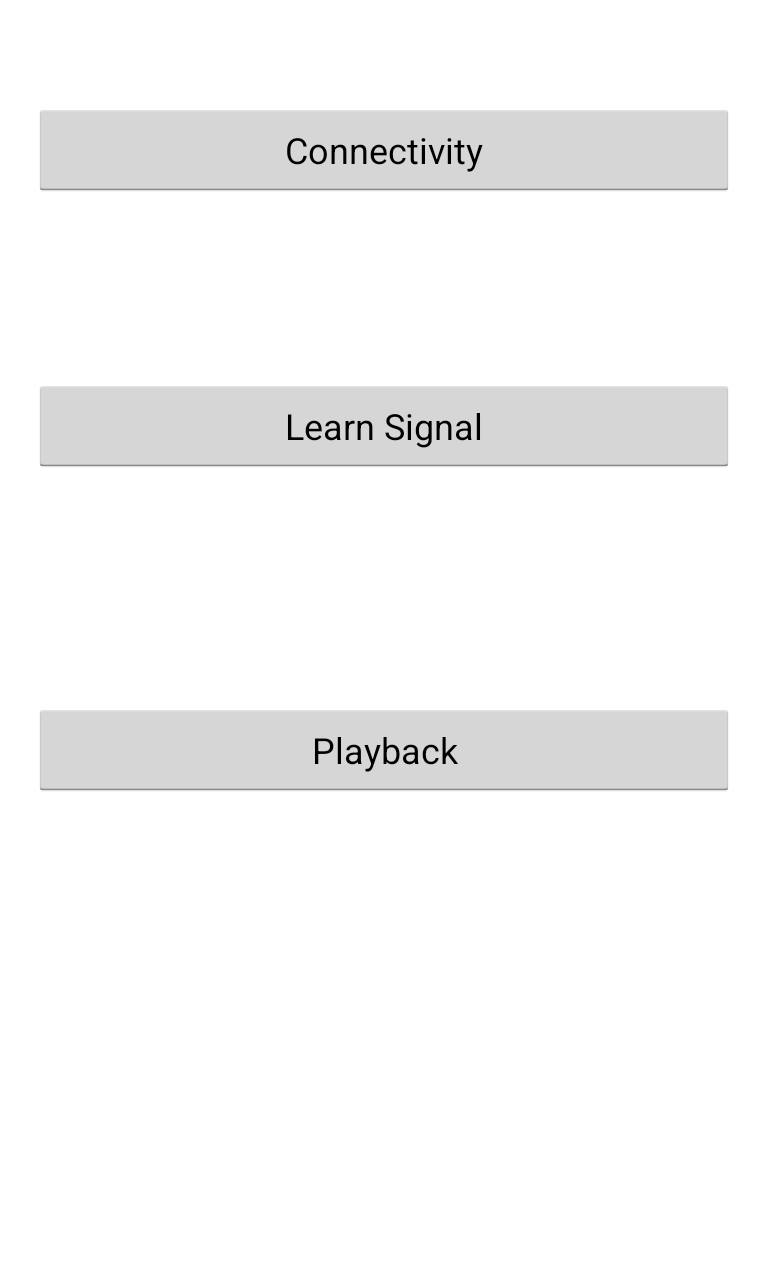
Repository: sunapi386/rmtctrl
Layout: RemoteCtrl/res/layout/activity_main.xml
The author's editor kept a copy of each file at every save. The layout is drawn from the files as they stood at one save, then again after the next save.
It is drawn on a 768 x 1280 px phone screen (xhdpi) without system bars, with theme AppTheme; the app's code is not run.

Above is the layout before, as saved 2013-04-30 07:54:53.

### RemoteCtrl/res/layout/activity_main.xml
<RelativeLayout xmlns:android="http://schemas.android.com/apk/res/android"
    xmlns:tools="http://schemas.android.com/tools"
    android:layout_width="match_parent"
    android:layout_height="match_parent"
    android:paddingBottom="@dimen/activity_vertical_margin"
    android:paddingLeft="@dimen/activity_horizontal_margin"
    android:paddingRight="@dimen/activity_horizontal_margin"
    android:paddingTop="@dimen/activity_vertical_margin"
    android:sca=""
    tools:context=".MainActivity" >

    <Button
        android:id="@+id/button_connectivity"
        android:layout_width="match_parent"
        android:layout_height="wrap_content"
        android:layout_alignParentTop="true"
        android:layout_centerHorizontal="true"
        android:layout_marginTop="35dp"
        android:text="Connectivity" />

    <Button
        android:id="@+id/button_playback"
        android:layout_width="match_parent"
        android:layout_height="wrap_content"
        android:layout_alignLeft="@+id/button_learn"
        android:layout_below="@+id/button_learn"
        android:layout_marginTop="114dp"
        android:text="Playback" />

    <Button
        android:id="@+id/button_learn"
        android:layout_width="match_parent"
        android:layout_height="wrap_content"
        android:layout_alignLeft="@+id/button_connectivity"
        android:layout_below="@+id/button_connectivity"
        android:layout_marginTop="90dp"
        android:text="Learn Signal" />

</RelativeLayout>

Loaded but not shown: RemoteCtrl/res/values/styles.xml (common file); RemoteCtrl/res/values-v11/styles.xml (common file); RemoteCtrl/res/values-v14/styles.xml (common file); RemoteCtrl/res/values/dimens.xml (common file)

After the next save:
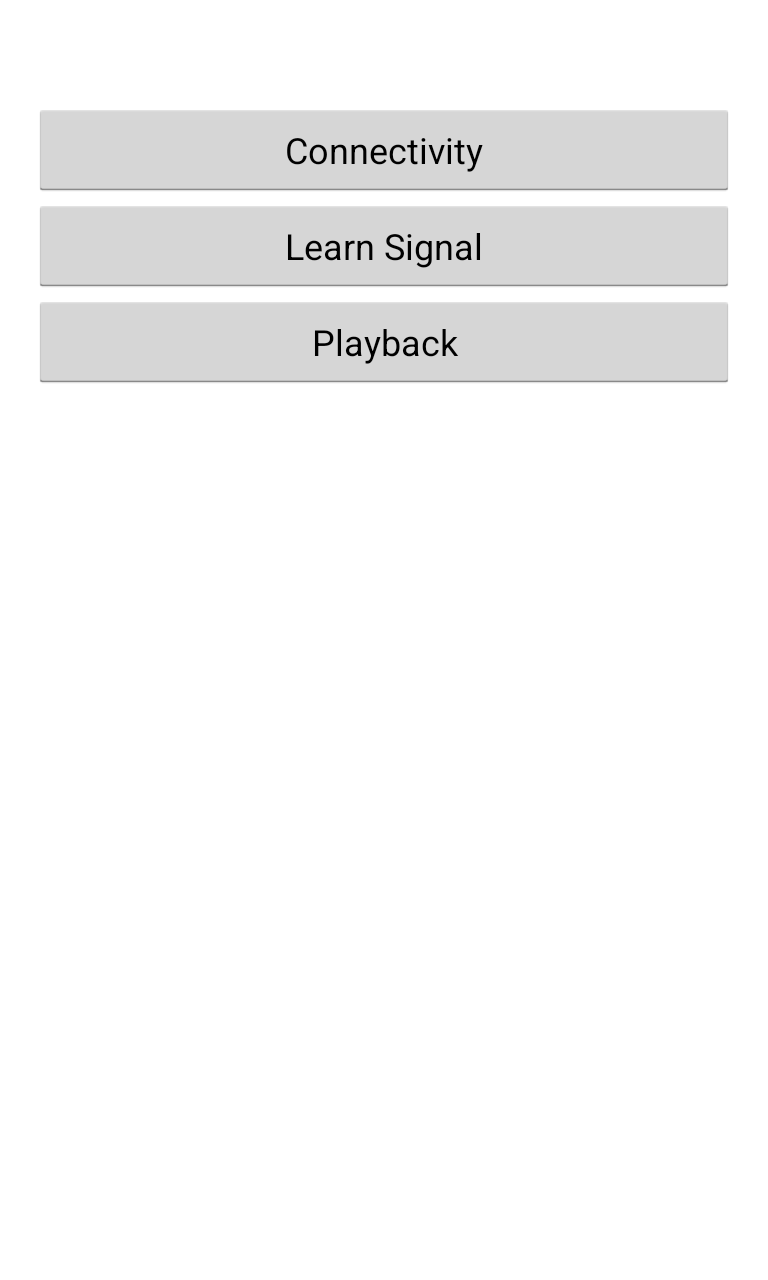
Saved 69 s later.
--- a/RemoteCtrl/res/layout/activity_main.xml
+++ b/RemoteCtrl/res/layout/activity_main.xml
@@ -24,7 +24,6 @@
         android:layout_height="wrap_content"
         android:layout_alignLeft="@+id/button_learn"
         android:layout_below="@+id/button_learn"
-        android:layout_marginTop="114dp"
         android:text="Playback" />
 
     <Button
@@ -33,7 +32,6 @@
         android:layout_height="wrap_content"
         android:layout_alignLeft="@+id/button_connectivity"
         android:layout_below="@+id/button_connectivity"
-        android:layout_marginTop="90dp"
         android:text="Learn Signal" />
 
 </RelativeLayout>
